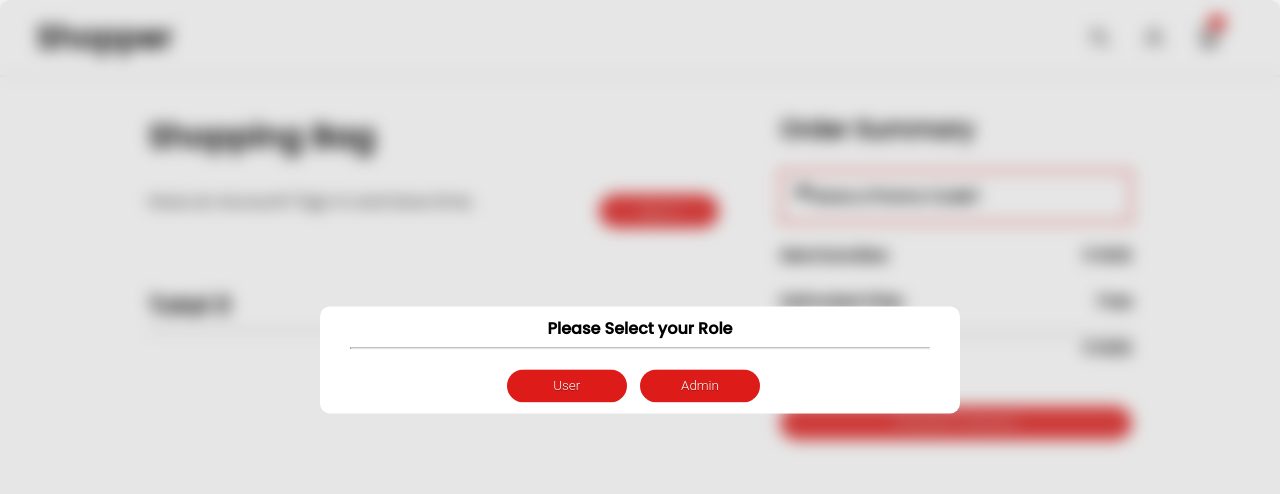
Repository: coolronts/aize-project
Page: /cart
These files come from the project's save history. The page is drawn as it stood at one moment and after the next save; the edit follows.
The browser window is 1280 px wide. The pictures show the whole page.
The project was rebuilt for these pictures with package versions that can differ from the ones it lists, and the page was loaded fresh each time. Also part of the build but not shown: src/App.css, src/components/CartItem/CartItem.tsx, src/components/Card/Card.tsx, src/pages/Shop/shop.module.css, src/pages/Shop/Shop.tsx.

Above is the page before, as saved 2021-09-15 07:57:04.

After the next save:
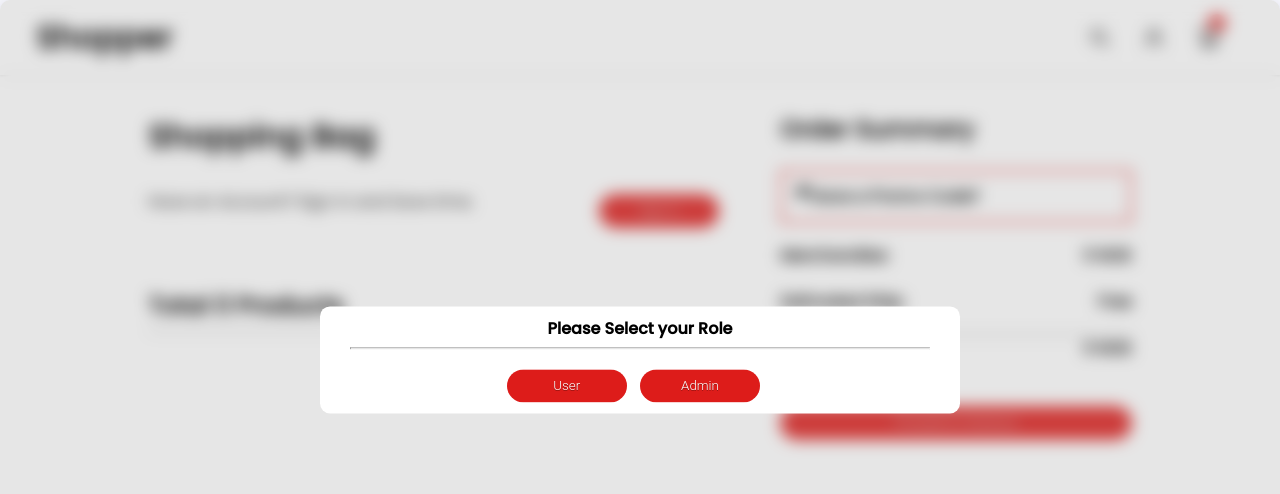
Saved 8 s later.
--- a/src/pages/Cart/Cart.tsx
+++ b/src/pages/Cart/Cart.tsx
@@ -20,7 +20,7 @@ const Cart: React.FunctionComponent = () => {
           <button>Sign In </button>
         </div>
         <div className={styles.cart}>
-          <h2>Total {userContext.cartQty}</h2>
+          <h2>Total {userContext.cartQty} Products</h2>
           <hr/>
           {productsList.map((item,index) => {
             return (
